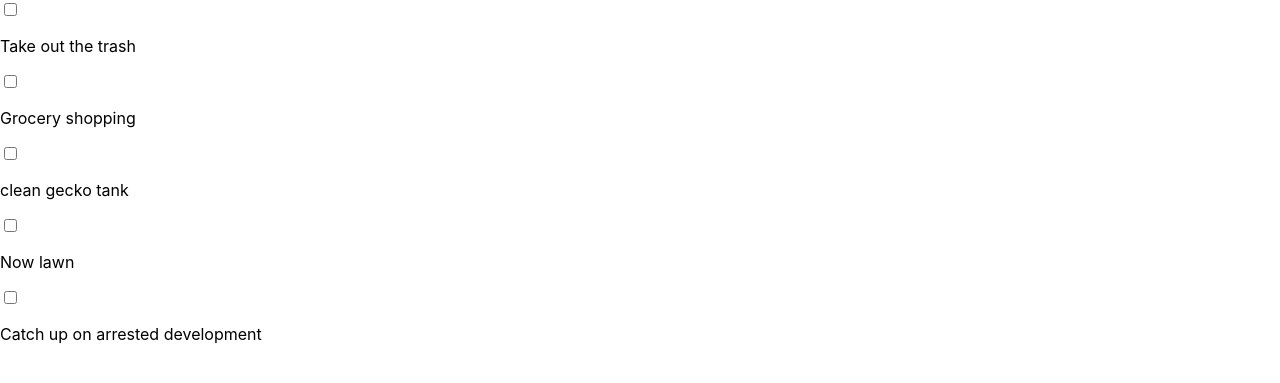
Repository: Antonynans/Todo-app
Page: /
The author's editor kept a copy of each file at every save. The page is drawn from the files as they stood at one save, then again after a run of saves.
The browser window is 1280 px wide. The pictures show the whole page.
The project was rebuilt for these pictures with package versions that can differ from the ones it lists, and the page was loaded fresh each time.

Above is the page before, as saved 2020-09-17 16:35:34.

After the next 9 saves:
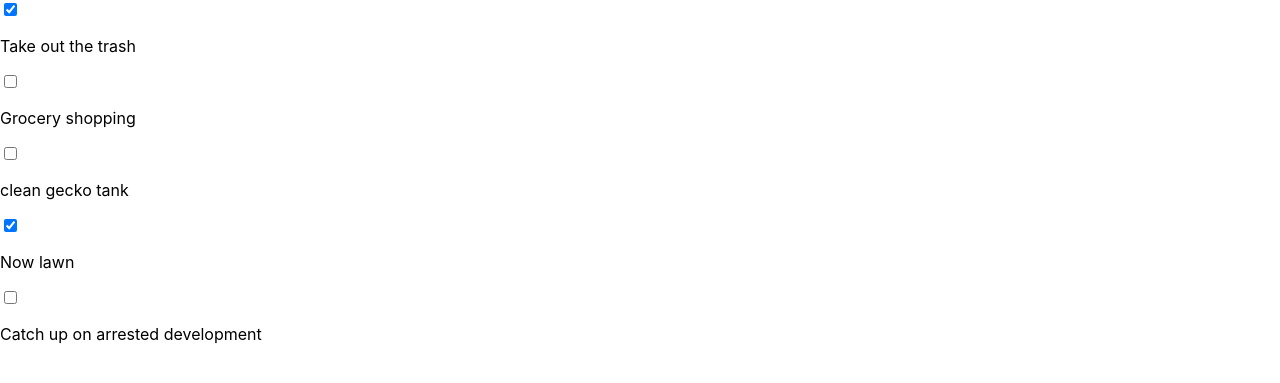
The 9 saves are shown as one change because 1 did not build or start and some came seconds apart.
The last was saved 2 min 43 s later.
--- a/src/TodoItem.js
+++ b/src/TodoItem.js
@@ -3,7 +3,7 @@ import React from 'react';
 function TodoItem(props){
     return(
         <div className="todo-item">
-            <input type="checkbox" />
+            <input type="checkbox" checked={props.item.completed}/>
             <p>{props.item.text}</p>
         </div>
     )
